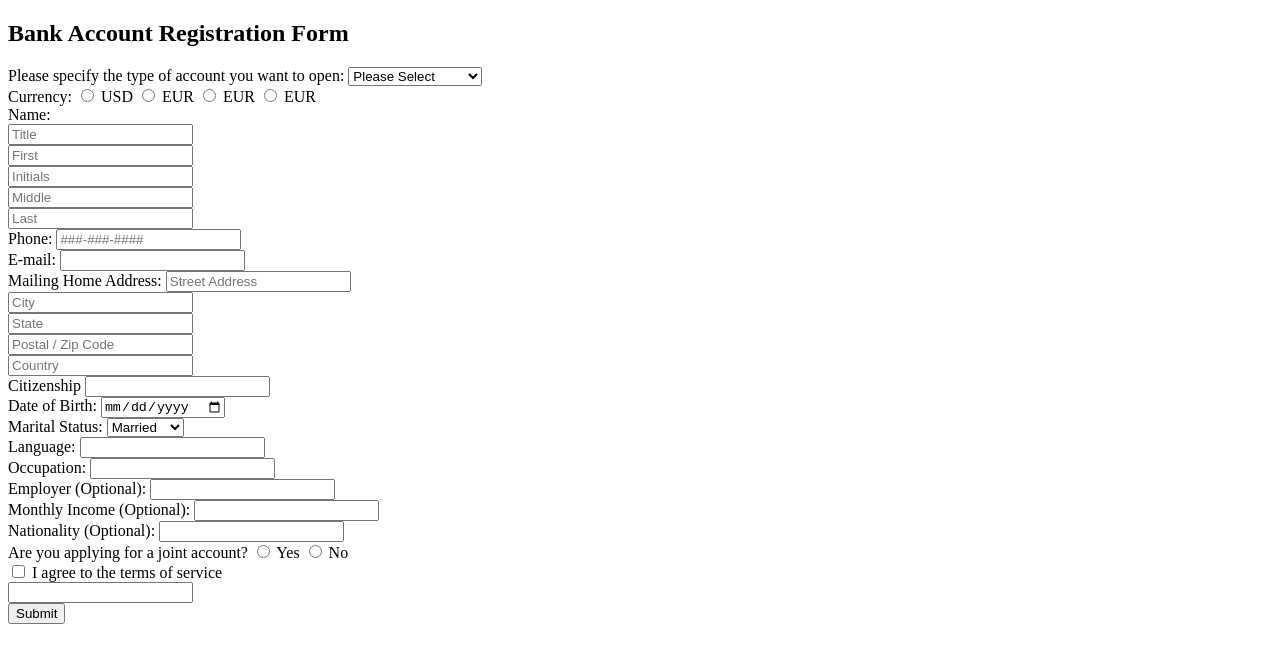
Repository: hizeetech/First-Assignment
Page: sign_up.html
An editor plug-in stored every save of this project. The page is shown before and after a run of saves, followed by the edit.
The browser window is 1280 px wide. The pictures show the whole page.

Above is the page before, as saved 2024-11-09 02:27:50.

After the next 2 saves:
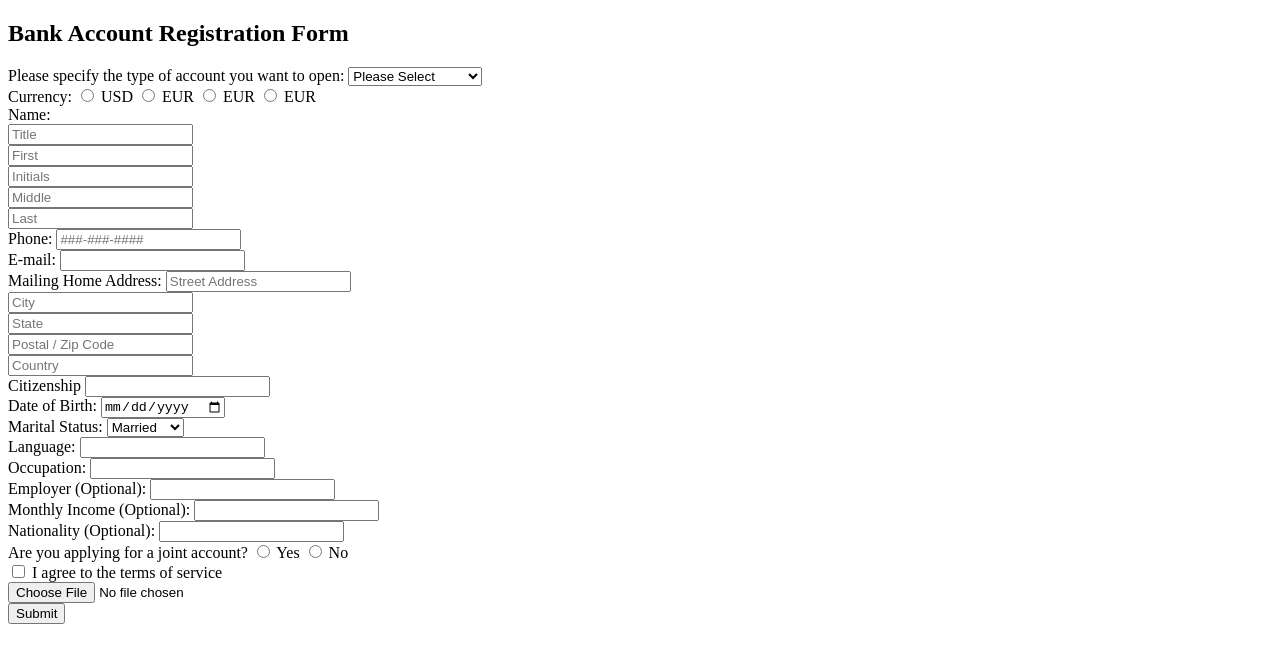
The 2 saves are shown as one change because they came seconds apart.
The last was saved 8 s later.
--- a/sign_up.html
+++ b/sign_up.html
@@ -112,7 +112,7 @@
         </div>
 
         <div>
-            <input type="text">
+            <input type="file">
         </div>
 
         <button type="submit" class="submit-btn">Submit</button>
